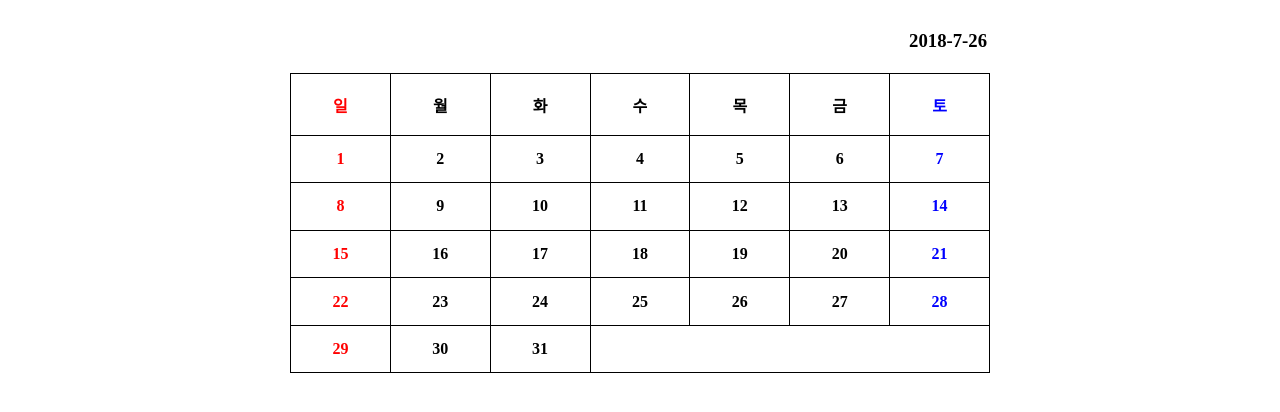
Repository: gyungmean/2020_2_webProgramming
Page: http://localhost/week6/Practice19/Practice19.jsp
These files come from the project's save history. The page is drawn as it stood at one moment and after the next save; the edit follows.
The browser window is 1280 px wide. The pictures show the whole page.
The page is served by Tomcat 9.

Above is the page before, as saved 2020-10-26 14:21:23.

### week6/week6/WebContent/Practice19/Practice19.jsp
<%--컴퓨터학과 20190941 김경민 --%>
<%--최적 실행화면 : Eclipse built-in --%>
<%@ page language="java" contentType="text/html; charset=UTF-8"
    pageEncoding="UTF-8"%>
<!DOCTYPE html>
<html>
<head>
<title>calendar.jsp</title>
<style>
	table.cal {
		width: 700px;
	    height: 300px;
	    border: 1px solid black;
	    border-collapse: collapse;
  	}
  	table.date{
  		width: 700px;
  	}
  	tr.cal, td.cal {
    	border: 1px solid black;
    	text-align: center;
    	font-weight: bold;
  	}
  	tr.date, td.date {
    	text-align: right;
  	}
</style>
</head>
<body>
<%@ page import="java.util.Calendar" %>
<%!
	public String parseDay(int cnt, String day){
		if(cnt == 7){
			return "<font color=\"blue\">" + day + "</font>";
		}
		else if(cnt == 1){
			return "<font color=\"red\">" + day + "</font>";
		}
		return day;
	}
%>
<%
	Calendar today = Calendar.getInstance();

	//int year = today.get(Calendar.YEAR);
	//int month = today.get(Calendar.MONTH) + 1;
	int year = 2018;
	int month = 7;
	Calendar cal = Calendar.getInstance();;
	cal.set(year, month - 1, 1);
	//int date = today.get(Calendar.DATE);
	int date =26;
	out.println("<div align=\"center\">");
	out.println("<table class=\"date\">");
	out.println("<tr class=\"date\">");
	out.println("<td class=\"date\"><h3>" + year + "-" + month + "-" + date + "</h3></td>");
	out.println("</tr>");
	out.println("</table>");

	cal.set(year, month - 1, 1);
	int day = cal.get(Calendar.DAY_OF_WEEK);
	int day_count = 0;
	String[] day_word = {"일", "월" , "화", "수", "목", "금", "토"};

	out.println("<table class=\"cal\">");
	out.println("<tr class=\"cal\">");
		for(int i = 1; i <= 7; i++){
			out.println("<td class=\"cal\">" + parseDay(i, day_word[i - 1]) + "</td>");
		}
	out.println("</tr>");
	out.println("<tr class=\"cal\">");
		for(int i = 1; i < day; i++){
			out.println("<td class=\"cal\">&nbsp;</td>");
			day_count++;
		}
		for(int i = 1; i <= cal.getActualMaximum(Calendar.DAY_OF_MONTH); i++){
			if(day_count % 7 == 0){
				out.println("</tr>");
				out.println("<tr class=\"cal\">");
			}
			out.println("<td class=\"cal\">"+ parseDay(day_count % 7 + 1 , Integer.toString(i)) + "</td>");
			day_count++;
		}
	out.println("</tr>");
	out.println("</table>");
	if(day_count % 7 != 0){
		for(int i = day_count % 7; i <= 7; i++){
			out.println("<td class=\"cal\">&nbsp;</td>");
			day_count++;
		}
	}
	out.println("</div>");

%>
</body>
</html>

After the next save:
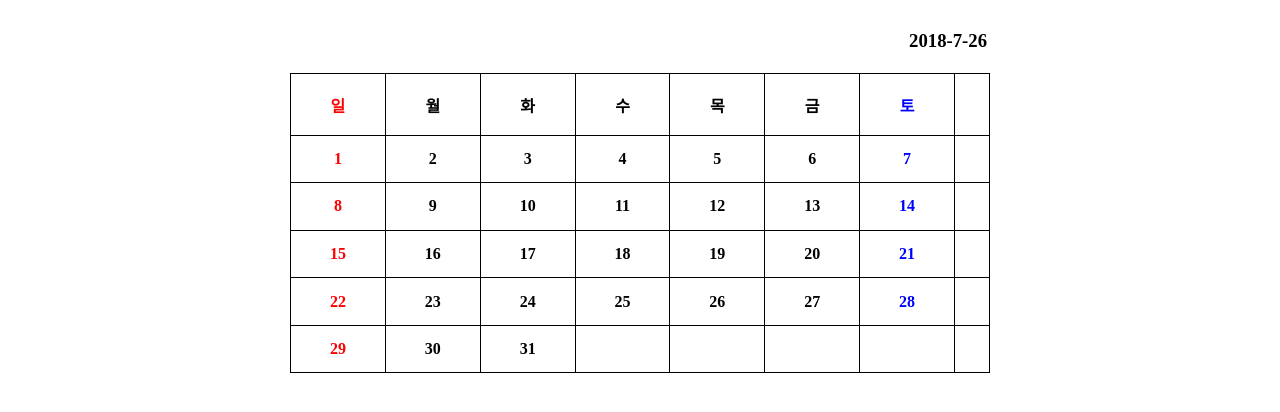
Saved 33 s later.
--- a/week6/week6/WebContent/Practice19/Practice19.jsp
+++ b/week6/week6/WebContent/Practice19/Practice19.jsp
@@ -81,14 +81,14 @@
 			out.println("<td class=\"cal\">"+ parseDay(day_count % 7 + 1 , Integer.toString(i)) + "</td>");
 			day_count++;
 		}
+		if(day_count % 7 != 0){
+			for(int i = day_count % 7; i <= 7; i++){
+				out.println("<td class=\"cal\">&nbsp;</td>");
+				day_count++;
+			}
+		}
 	out.println("</tr>");
 	out.println("</table>");
-	if(day_count % 7 != 0){
-		for(int i = day_count % 7; i <= 7; i++){
-			out.println("<td class=\"cal\">&nbsp;</td>");
-			day_count++;
-		}
-	}
 	out.println("</div>");
 
 %>

After the save that followed:
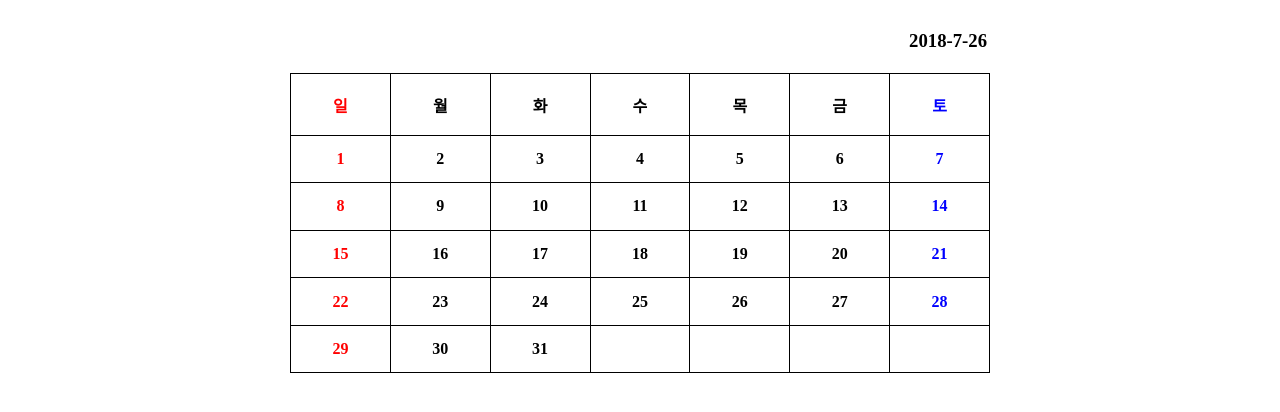
Saved 8 s later.
--- a/week6/week6/WebContent/Practice19/Practice19.jsp
+++ b/week6/week6/WebContent/Practice19/Practice19.jsp
@@ -82,7 +82,7 @@
 			day_count++;
 		}
 		if(day_count % 7 != 0){
-			for(int i = day_count % 7; i <= 7; i++){
+			for(int i = day_count % 7; i < 7; i++){
 				out.println("<td class=\"cal\">&nbsp;</td>");
 				day_count++;
 			}
